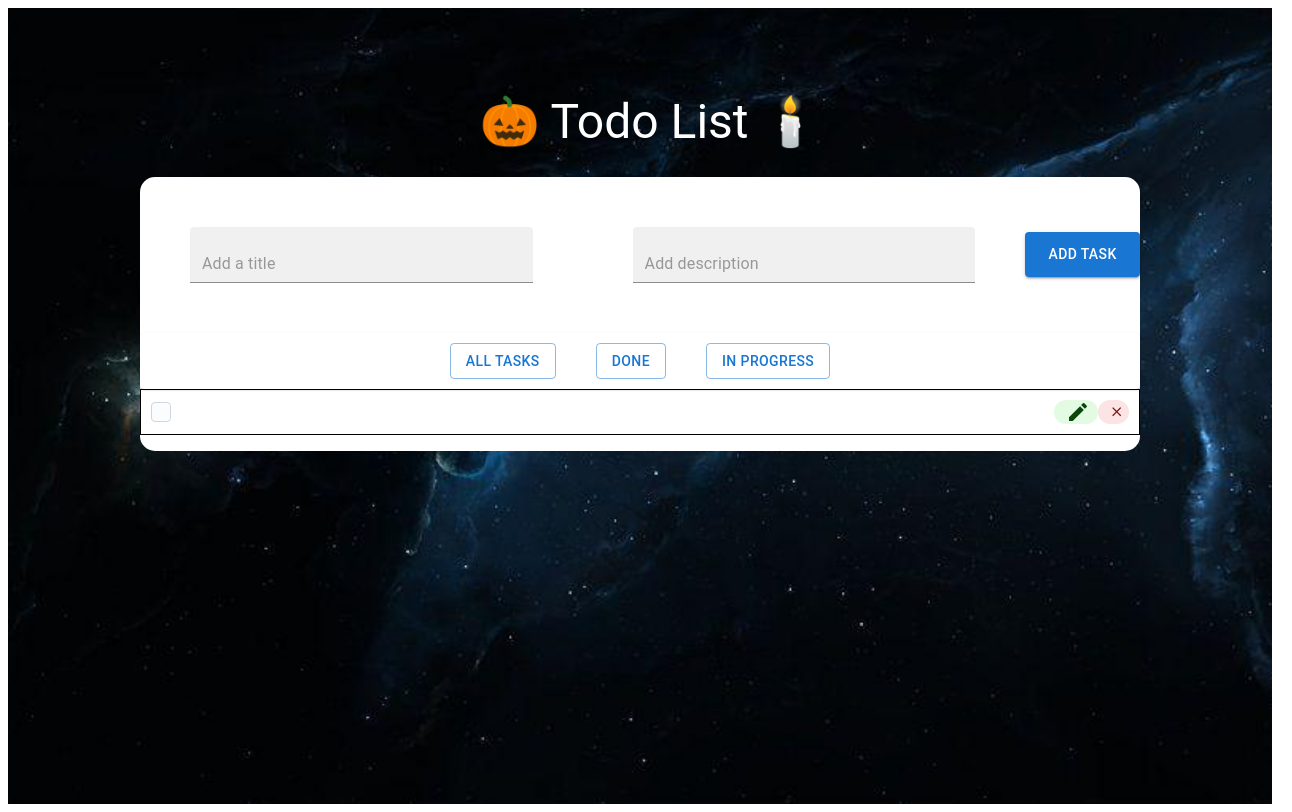
Repository: Tracy-maker/TodoList
Page: /
These files come from the project's save history. The page is drawn as it stood at one moment and after the next save; the edit follows.
The browser window is 1280 px wide. The page is 1292 px wide, so the pictures cover 1292 px, including what lies to the right of the window. The pictures show the whole page.
The project was rebuilt for these pictures with package versions that can differ from the ones it lists, and the page was loaded fresh each time. Also part of the build but not shown: src/components/TaskEdit.js.

Above is the page before, as saved 2023-09-20 19:40:40.

### public/index.html
<!DOCTYPE html>
<html lang="en">
  <head>
    <meta charset="utf-8" />
    <link rel="icon" href="%PUBLIC_URL%/favicon.ico" />
    <meta name="viewport" content="width=device-width, initial-scale=1" />
    <meta name="theme-color" content="#000000" />
    <meta
      name="description"
      content="Web site created using create-react-app"
    />
    <link rel="apple-touch-icon" href="%PUBLIC_URL%/logo192.png" />
    <!--
      manifest.json provides metadata used when your web app is installed on a
      user's mobile device or desktop. See https://developers.google.com/web/fundamentals/web-app-manifest/
    -->
    <link rel="manifest" href="%PUBLIC_URL%/manifest.json" />
    <link href="https://fonts.googleapis.com/css2?family=Montserrat:wght@300;400;500&amp;display=swap" rel="stylesheet">
    <!--
      Notice the use of %PUBLIC_URL% in the tags above.
      It will be replaced with the URL of the `public` folder during the build.
      Only files inside the `public` folder can be referenced from the HTML.

      Unlike "/favicon.ico" or "favicon.ico", "%PUBLIC_URL%/favicon.ico" will
      work correctly both with client-side routing and a non-root public URL.
      Learn how to configure a non-root public URL by running `npm run build`.
    -->
    <title>React App</title>
  </head>
  <body>
    <noscript>You need to enable JavaScript to run this app.</noscript>
    <div id="root"></div>
    <!--
      This HTML file is a template.
      If you open it directly in the browser, you will see an empty page.

      You can add webfonts, meta tags, or analytics to this file.
      The build step will place the bundled scripts into the <body> tag.

      To begin the development, run `npm start` or `yarn start`.
      To create a production bundle, use `npm run build` or `yarn build`.
    -->
  </body>
</html>

### src/App.js
import { useState, useEffect } from "react";
import CreateTask from "./components/CreateTask";
import TaskList from "./components/TaskList";
import { Box, Stack } from "@mui/material";
import styled from "styled-components";
import Typography from "@mui/material/Typography";
import Image1 from "./image/7.jpg";

const StyledContainer = styled(Stack)`
  height: 100vh;
  width: 100%;
  display: flex;
  align-items: stretch;
  padding-top: 6%;
  background-image: url(${Image1});
  background-size: cover;
  background-repeat: no-repeat;
`;

const TaskForm = styled(Box)`
  margin-left: auto;
  margin-right: auto;
  width: 1000px;
  background-color: white;
  border-radius: 15px;
  @media (max-width: 768px) {
    width: 100%;
  }
`;
const Title = styled(Typography)`
  color: white;
  margin: auto;
  width: 100%;
  padding: 10px;
  text-align: center;
`;

function App() {

  const [tasks, setTasks] = useState(() => {
    const localValue = localStorage.getItem("tasks");
    if (localValue == null) return [];
    return JSON.parse(localValue);
  });

  useEffect(() => {
    localStorage.setItem("tasks", JSON.stringify(tasks));
  }, [tasks]);

  const createTask = (title, description) => {
    const newTask = {
      id: crypto.randomUUID(),
      title: title,
      description: description,
      status: "inProgress",
    };

    const existingTasks = JSON.parse(localStorage.getItem("tasks")) || [];
    existingTasks.push(newTask);
    localStorage.setItem("tasks", JSON.stringify(existingTasks));
    setTasks(existingTasks);
  };

  const deleteTasksById = (id) => {
    const existingTasks = JSON.parse(localStorage.getItem("tasks")) || [];
    const updatedTasks = existingTasks.filter((task) => {
      return task.id !== id;
    });
    localStorage.setItem("tasks", JSON.stringify(updatedTasks));
    setTasks(updatedTasks);
  };

  const editTaskById = (id, newTitle, newDescription) => {
    const existingTasks = JSON.parse(localStorage.getItem("tasks")) || [];
    const taskToEdit = existingTasks.findIndex((task) => task.id === id);

    if (taskToEdit) {
      const updatedTask = {
        ...taskToEdit,
        title: newTitle,
        description: newDescription,
      };

      const updatedTasks = existingTasks.map((task) =>
        task.id === id ? updatedTask : task
      );
      localStorage.setItem("tasks", JSON.stringify(updatedTasks));
      setTasks(updatedTasks);
    }
  };



  return (
    <StyledContainer>
      <Title variant="h3" gutterBottom>
        🎃 Todo List 🕯️
      </Title>
      <TaskForm>
        <CreateTask onCreate={createTask} />
        <TaskList />
      </TaskForm>
    </StyledContainer>
  );
}
export default App;

### src/components/CreateTask.js
import * as React from "react";
import Stack from "@mui/material/Stack";
import TextField from "@mui/material/TextField";
import Button from "@mui/material/Button";
import { useState } from "react";
import { styled } from "@mui/material";

const Container = styled(Stack)`
  margin: auto;
  width: 50%;
  padding: 10px;
  text-align: center;
`;
const Input = styled(TextField)`
  padding: 5%;
  width: 65%;
`;

const AddButton = styled(Button)`
  margin: auto;
  width: 20%;
  padding: 10px;
  text-align: center;
`;

function CreateTask(props) {
  const [title, setTitle] = useState("");
  const [description, setDescription] = useState("");

  const handleChange = (event) => {
    const { name, value } = event.target;
    if (name === "title") {
      setTitle(value);
    } else if (name === "description") {
      setDescription(value);
    }
  };

  const handleSubmit = (event) => {
    event.preventDefault();
    if (title.trim() !== "" || description.trim() !== "") {
      props.onCreate({ title, description });
      setTitle("");
      setDescription("");
    }
  };

  return (
    <Stack onSubmit={handleSubmit} component="form" direction="row">
      <Input
        name="title"
        value={title}
        onChange={handleChange}
        placeholder="Add a title"
        variant="filled"
      />
      <Input
        name="description"
        value={description}
        onChange={handleChange}
        placeholder="Add description"
        variant="filled"
      />
      <AddButton type="submit" variant="contained">
        Add Task
      </AddButton>
    </Stack>
  );
}

export default CreateTask;

### src/components/TaskList.js
import React from "react";
import { Box, Button, Card } from "@mui/material";
import TaskShow from "./TaskShow";
import styled from "styled-components";

const ButtonNavigationBar = styled(Box)`
  display: flex;
  justify-content: center;
  gap: 40px;
  padding: 10px;
`;

function TaskList(props) {
  return (
    <Box mb={2}>
      <Card>
        <ButtonNavigationBar>
          <Button
            variant={props.defaultValue === "all" ? "contained" : "outlined"}
            onClick={() => props.onFilterChange("all")}
          >
            All Tasks
          </Button>
          <Button
            variant={props.defaultValue === "done" ? "contained" : "outlined"}
            onClick={() => props.onFilterChange("done")}
          >
            Done
          </Button>
          <Button
            variant={props.defaultValue === "inProgress" ? "contained" : "outlined"
            }
            onClick={() => props.onFilterChange("inProgress")}
          >
            In Progress
          </Button>
        </ButtonNavigationBar>
      </Card>

        <TaskShow/>

    </Box>
  );
}

export default TaskList;

### src/components/TaskShow.js
import * as React from "react";
import { useState } from "react";
import Typography from "@mui/joy/Typography";
import Checkbox from "@mui/joy/Checkbox";
import Chip from "@mui/joy/Chip";
import ChipDelete from "@mui/joy/ChipDelete";
import styled from "styled-components";
import { Box } from "@mui/material";
import EditIcon from "@mui/icons-material/Edit";
import TaskEdit from "./TaskEdit";

const TaskItem = styled(Box)`
  display: flex;
  justify-content: space-between;
  align-items: center;
  padding: 10px;
  border-style: solid;
  border-width: 1px;
`;

const Title = styled(Typography)`
  text-decoration: ${({ isDeleted }) => (isDeleted ? "line-through" : "none")};
`;

function TaskShow(props) {
  const [showEdit, setShowEdit] = useState(false);

  const handleEdit = () => {
    setShowEdit(!showEdit);
  };

  const handleSubmit = (id, newTitle, newDescription) => {
    setShowEdit(false);
    props.onEdit(id, newTitle, newDescription);
  };

  let content;

  // if (showEdit) {
  //   content = <TaskEdit onSubmit={handleSubmit} task={props.task} />;
  // } else {
  //   content = (
  //     <>
  //       <h3>{props.task.title}</h3>
  //       <p>{props.task.description}</p>
  //     </>
  //   );
  // }

  const handleDelete = () => {
    props.onDelete(props.task.id);
  };

  const handleCheckboxChange = () => {
    props.toggleCheckedBoxById(props.task.id);
  };

  return (
    <TaskItem>
      <Checkbox

        onChange={handleCheckboxChange}
      />
      <Title
      >

      </Title>
      <Box>
        <Chip
          variant="soft"
          color="success"
          onClick={handleEdit}
          endDecorator={<EditIcon />}
        />
        <Chip
          variant="soft"
          color="danger"
          endDecorator={<ChipDelete onClick={handleDelete} />}
        />
      </Box>
    </TaskItem>
  );
}

export default TaskShow;

Loaded but not shown: src/index.js (common file)

After the next save:
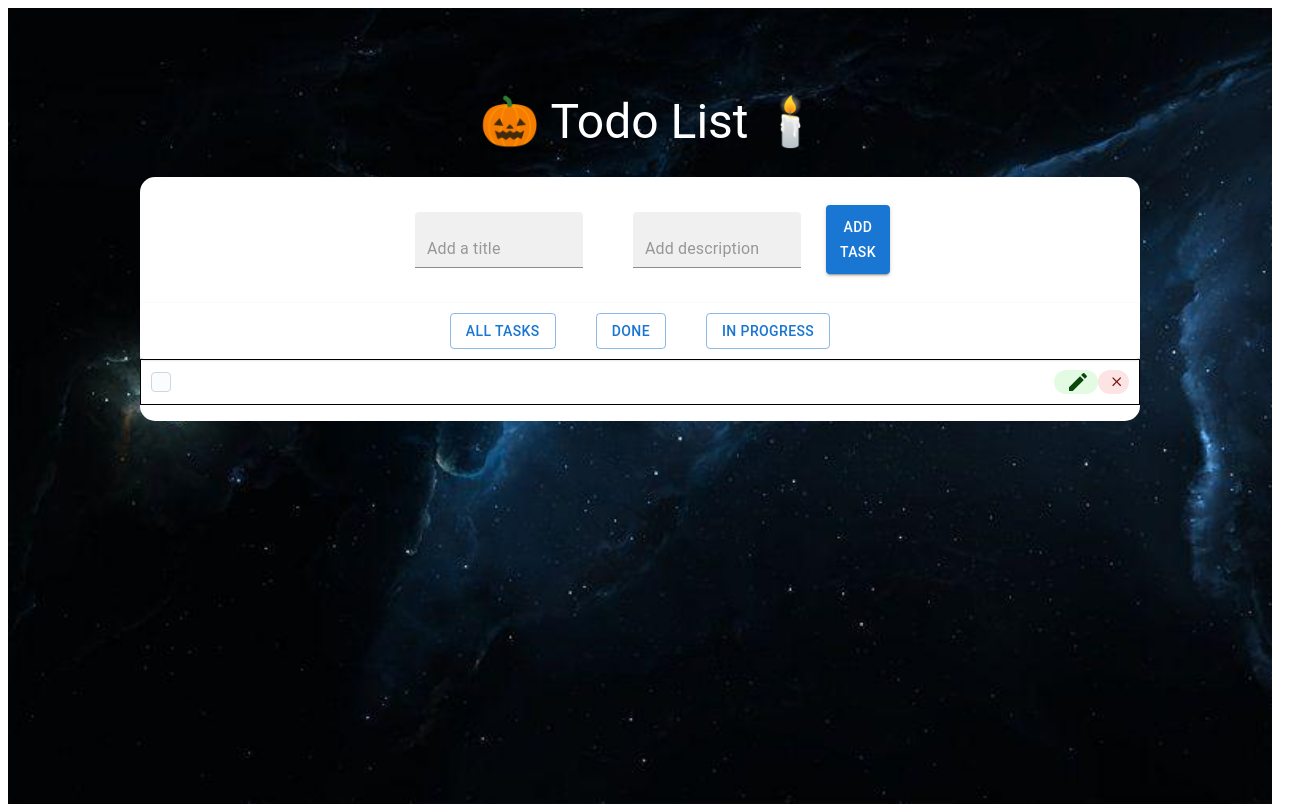
Saved 8 s later.
--- a/src/components/CreateTask.js
+++ b/src/components/CreateTask.js
@@ -46,7 +46,7 @@ function CreateTask(props) {
   };
 
   return (
-    <Stack onSubmit={handleSubmit} component="form" direction="row">
+    <Container onSubmit={handleSubmit} component="form" direction="row">
       <Input
         name="title"
         value={title}
@@ -64,7 +64,7 @@ function CreateTask(props) {
       <AddButton type="submit" variant="contained">
         Add Task
       </AddButton>
-    </Stack>
+    </Container>
   );
 }
 
